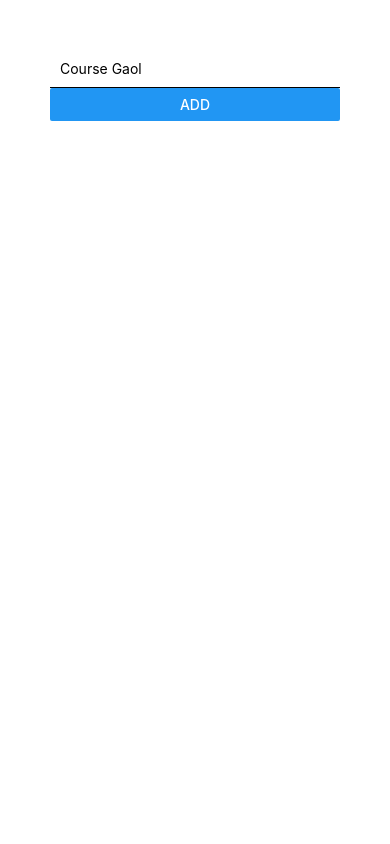
Repository: Zolds403/ReactNativePractice
Screen: /
An editor plug-in stored every save of this project. The screen is shown before and after the next save, followed by the edit.
The app was drawn by React Native's web renderer in a window 390 px wide. The project was rebuilt for these pictures with package versions that can differ from the ones it lists, and the page was loaded fresh each time.

Above is the screen before, as saved 2021-07-19 20:21:41.

After the next save:
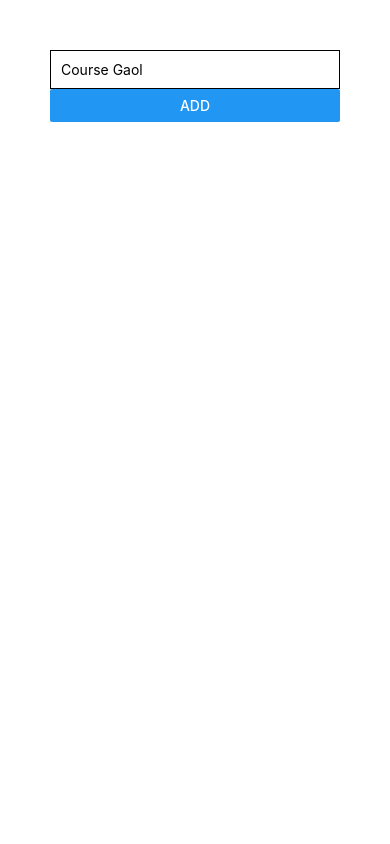
Saved 76 s later.
--- a/App.js
+++ b/App.js
@@ -4,9 +4,9 @@ import { StyleSheet, Text, View, TextInput, Button } from 'react-native';
 
 export default function App() {
   return (
-    <View style={{padding: 50}}>
+    <View style={{ padding: 50 }}>
       <View>
-        <TextInput placeholder="Course Gaol" style={{borderColor: 'black', borderBottomWidth: 1, padding: 10 }}/>
+        <TextInput placeholder="Course Gaol" style={{borderColor: 'black', borderWidth: 1, padding: 10 }}/>
         <Button title="ADD" />
       </View>
       <View>
